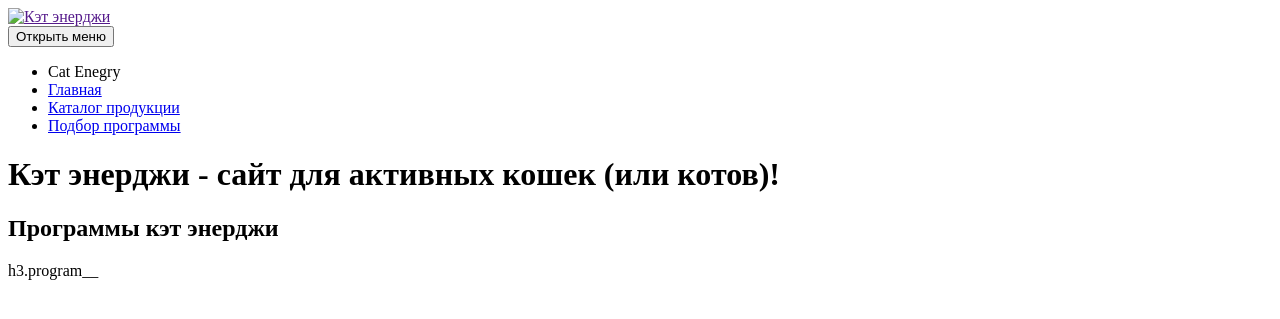
Repository: infernotw/1054987-cat-energy-17
Page: source/index.html
An editor plug-in stored every save of this project. The page is shown before and after the next save, followed by the edit.
The browser window is 1280 px wide. The pictures show the whole page.

Above is the page before, as saved 2019-07-17 03:57:37.

After the next save:
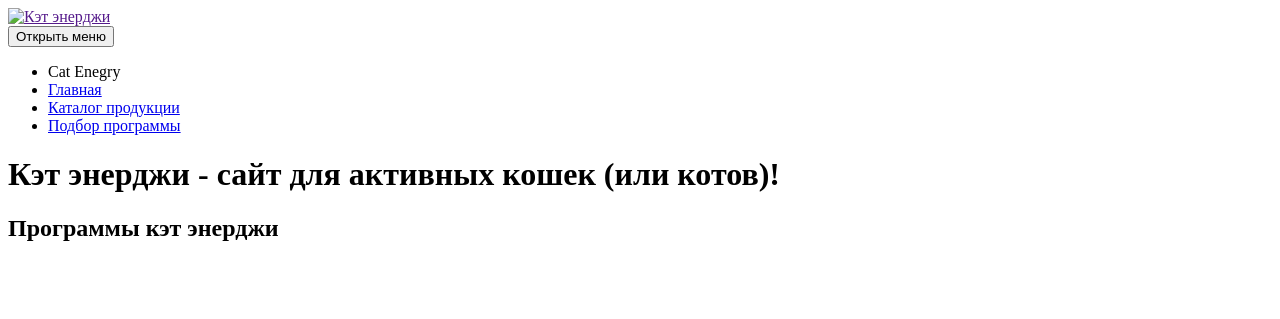
Saved 9 s later.
--- a/source/index.html
+++ b/source/index.html
@@ -38,7 +38,7 @@
     <section class="program">
       <header class="program__header">
         <h2 class="visually-hidden">Программы кэт энерджи</h2>
-        h3.program__
+        <h3 class="program__about"></h3>
       </header>
 
     </section>
